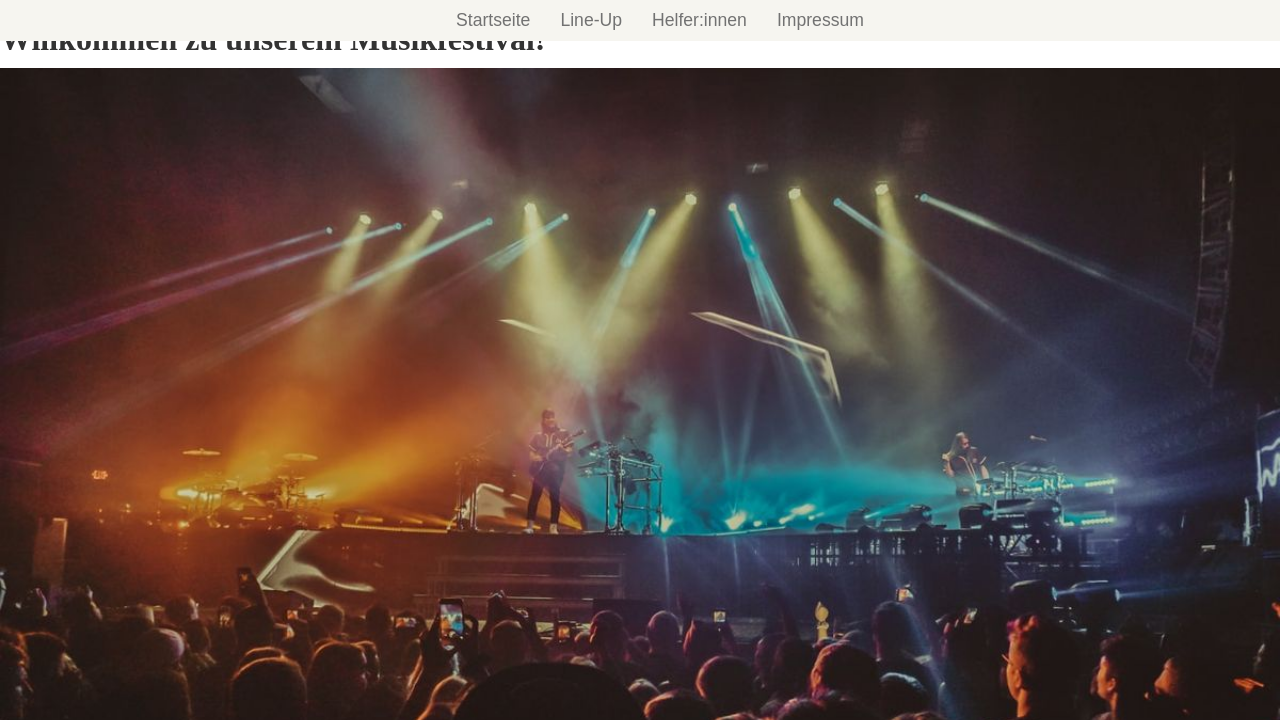
Repository: Hajimohammadi-KI/Web-Technologien
Page: index.html
The author's editor kept a copy of each file at every save. The page is drawn from the files as they stood at one save, then again after the next save.
The browser window is 1280 px wide. The pictures show the whole page.

Above is the page before, as saved 2025-10-01 14:03:20.

After the next save:
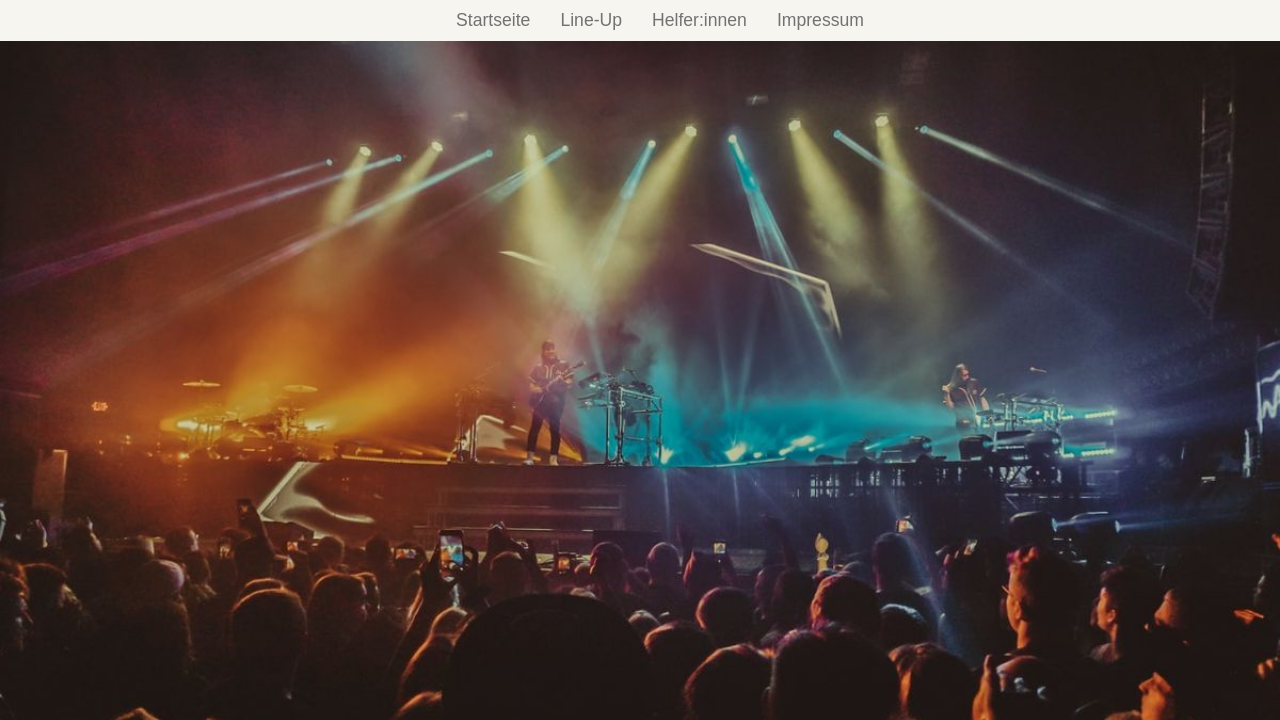
Saved 16 s later.
--- a/index.html
+++ b/index.html
@@ -15,7 +15,6 @@
         <a href="impressum.html">Impressum</a>
 
     </nav>
-    <h1>Willkommen zu unserem Musikfestival!</h1>
     <!-- The alt attribute is used to provide alternative text for the image if it fails to load or if the user visits the page via a screen reader. -->
     <img src="img/spotify-livestreaming-virtual-concerts-feat.jpeg"
         alt="Musicians performing on a brightly lit stage with colorful spotlights
